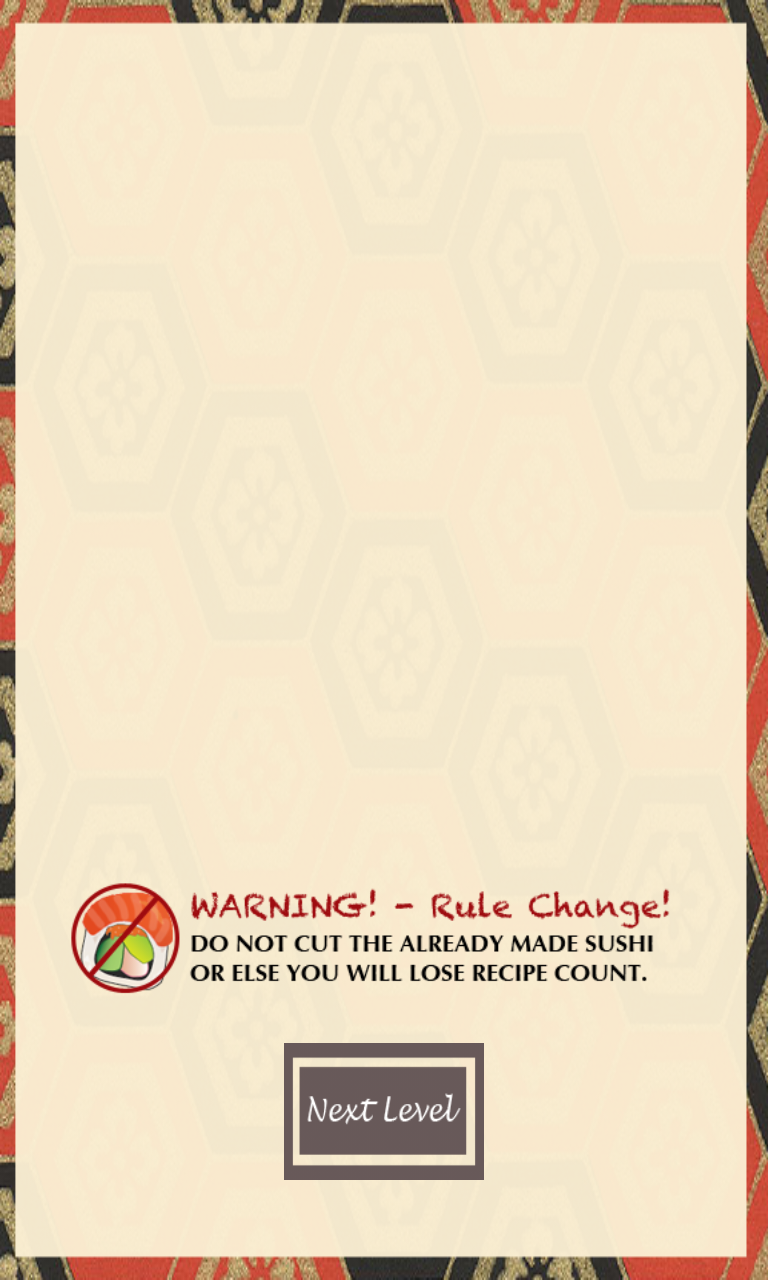
Repository: Kreispy/Sushi-Samurai
Layout: SushiNinja/res/layout/dialog.xml
These files come from the project's save history. The layout is drawn as it stood at one moment and after a run of saves; the edit follows.
It is drawn on a 768 x 1280 px phone screen (xhdpi) without system bars, with theme AppTheme; the app's code is not run.

Above is the layout before, as saved 2013-04-27 04:46:34.

After the next 4 saves:
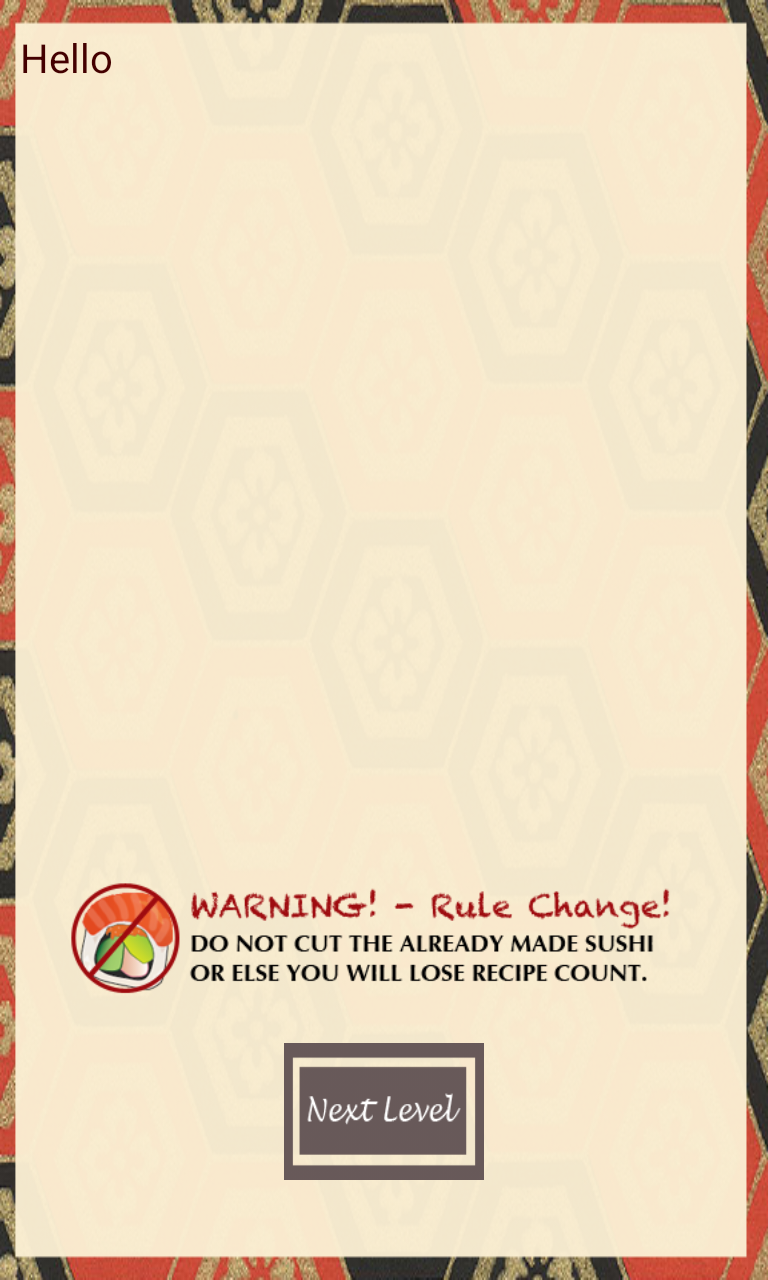
The 4 saves are shown as one change because 3 did not build or start.
The last was saved 2 min 48 s later.
--- a/SushiNinja/res/layout/dialog.xml
+++ b/SushiNinja/res/layout/dialog.xml
@@ -3,6 +3,10 @@
     android:layout_width="fill_parent"
     android:layout_height="fill_parent"
     android:background="@drawable/scroll" >
+
+    <LinearLayout
+        android:layout_width="match_parent"
+        android:layout_height="wrap_content" >
 
     <ImageView
          android:id="@+id/rank"
@@ -11,18 +15,20 @@
          android:layout_alignParentLeft="true"
          android:layout_marginLeft="10dp"
          android:layout_marginTop="15dp"
-         android:adjustViewBounds="true" />
+               android:adjustViewBounds="true" />
 
     <TextView
         android:id="@+id/text"
-        android:layout_width="fill_parent"
+        android:layout_width="92dp"
         android:layout_height="wrap_content"
+        android:layout_alignParentRight="true"
         android:layout_marginTop="15dp"
-        android:layout_alignParentRight="true"
         android:lineSpacingExtra="15dp"
+        android:text="Hello"
         android:textColor="#400"
         android:textSize="@dimen/text20" />
 
+</LinearLayout>
      <Button
          android:id="@+id/OKbutton"
          android:layout_width="100dp"
